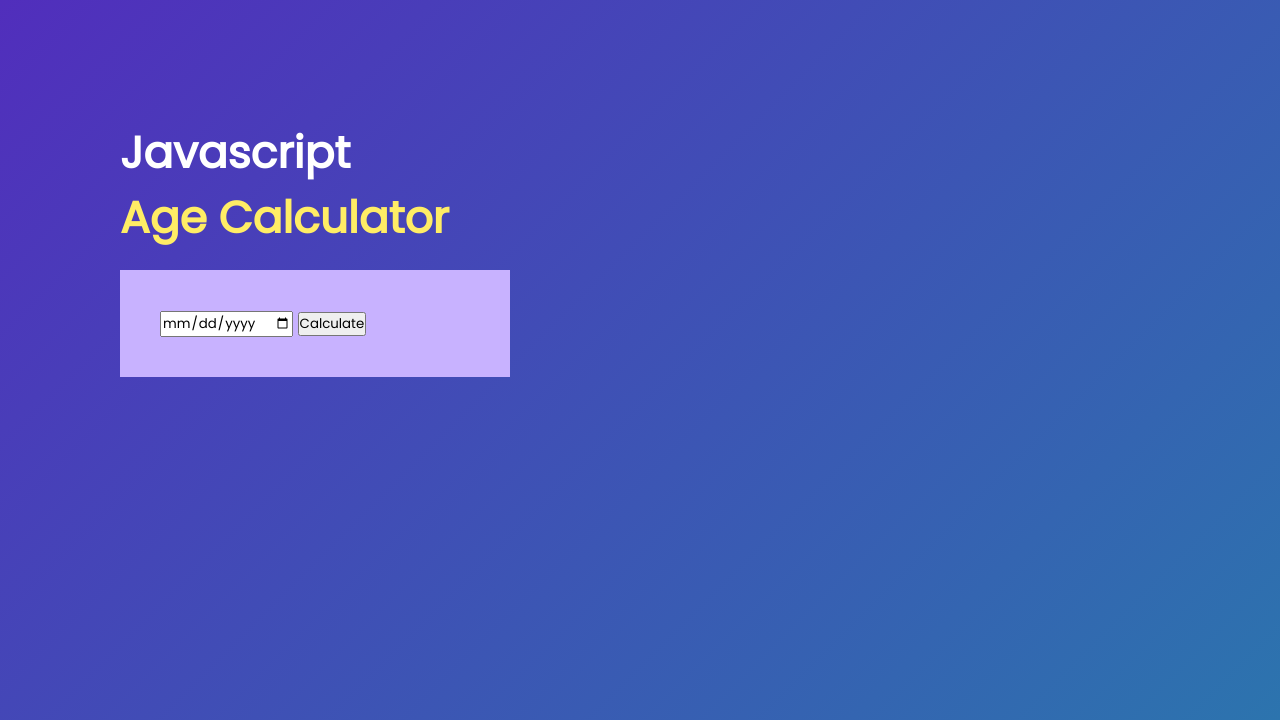
Repository: Ankitkr2021/Age-Calculator
Page: index.html
An editor plug-in stored every save of this project. The page is shown before and after the next save, followed by the edit.
The browser window is 1280 px wide. The pictures show the whole page.

Above is the page before, as saved 2025-10-05 10:27:13.

### index.html
<!DOCTYPE html>
<html lang="en">
<head>
    <meta charset="UTF-8">
    <meta name="viewport" content="width=device-width, initial-scale=1.0">
    <title>Age Calculator</title>
    <link rel="stylesheet" href="./style.css">
</head>
<body>
    <div class="main">
        <h1 class="js">Javascript</h1>
        <h1 class="age">Age Calculator</h1>
        <div class="box">
            <input type="date">
             <button>Calculate</button>
        </div>
    </div>
</body>
</html>

### style.css
@import url("https://fonts.googleapis.com/css2?family=Poppins&display=swap");

*{
    margin: 0;
    padding: 0;
    box-sizing: border-box;
    font-family: "Poppins",sans-serif;
}

body{
    height: 100vh;
    width: 100%;
    background: linear-gradient(135deg, rgb(81, 46, 188), rgb(44, 116, 174));
}

.main{
    /* background: #fff; */
    width: 550px;
    padding: 40px;
}

.js{
    padding-top: 80px;
    padding-left: 80px;
    color: #fff;
    font-size: 44px;
    font-weight: 800;
}

.age{
    /* padding-top: 80px; */
    padding-left: 80px;
    color: #ffed65;
    font-size: 44px;
    font-weight: 800;
}

.box {
    background: #fff;
    padding: 40px;
    margin-top: 20px;
    margin-left: 80px;
    background: #c8b2ff;
}

After the next save:
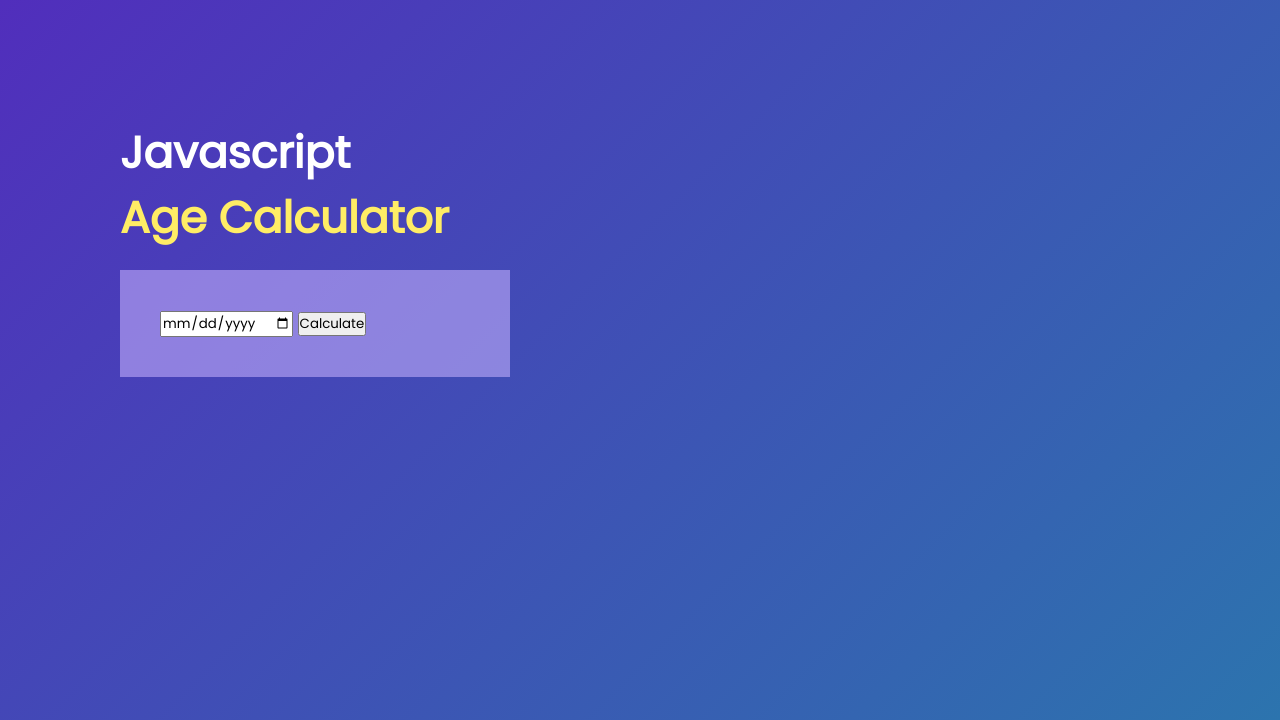
Saved 9 s later.
--- a/style.css
+++ b/style.css
@@ -40,5 +40,5 @@
     padding: 40px;
     margin-top: 20px;
     margin-left: 80px;
-    background: #c8b2ff;
+    background: #c8b2ff8f;
 }
